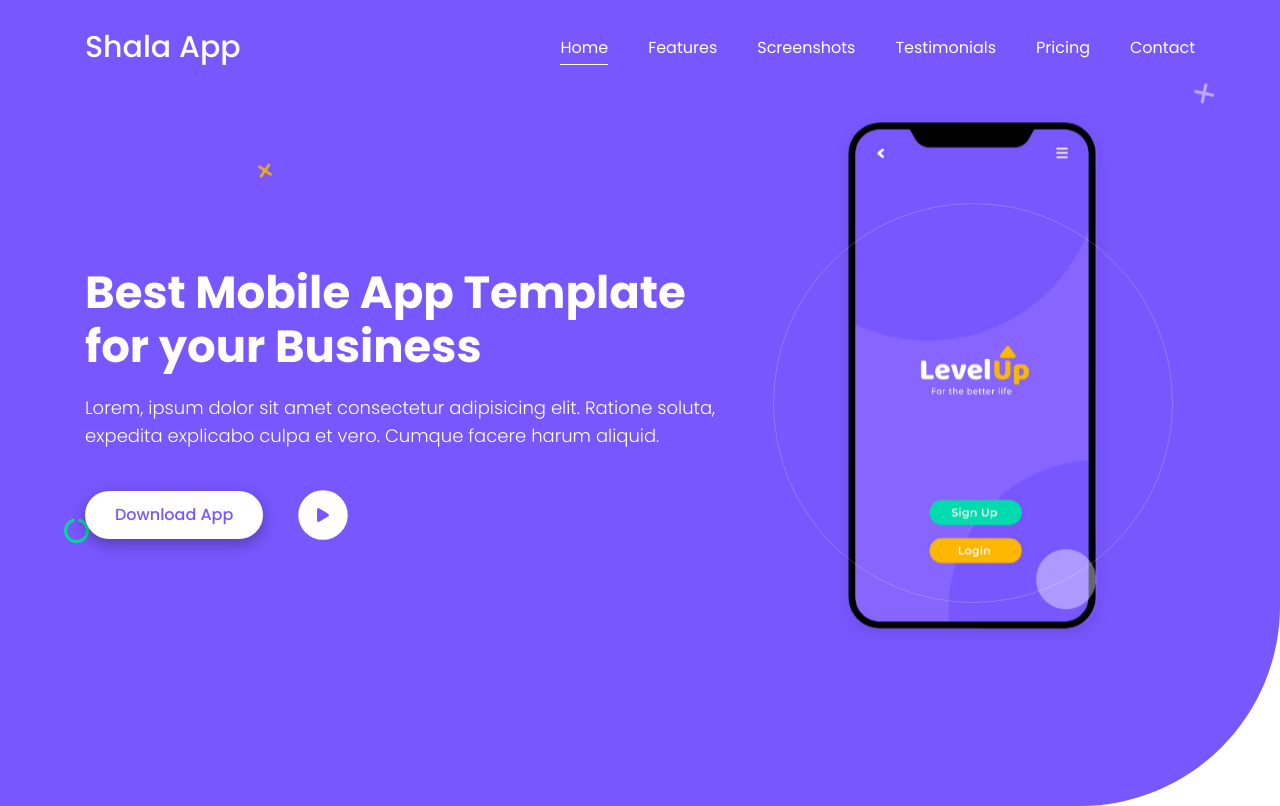
Repository: Mohamed-Hema/Shala-App
Page: index.html
These files come from the project's save history. The page is drawn as it stood at one moment and after the next save; the edit follows.
The browser window is 1280 px wide. The pictures show the whole page.
Some web libraries are served in a nearby version.

Above is the page before, as saved 2021-02-15 20:21:29.

### index.html
<!DOCTYPE html>
<html lang="zxx">
<head>
  <title>Shala - App Landing Page</title>
  <meta charset="utf-8">
  <meta name="viewport" content="width=device-width, initial-scale=1">
  <!-- owl carousel css -->
  <link rel="stylesheet" href="css/owl.carousel.min.css">
  <!-- font awesome icons -->
  <script src="https://kit.fontawesome.com/794108ad0e.js" crossorigin="anonymous"></script>
  <!-- bootstrap css -->
  <link rel="stylesheet" href="css/bootstrap.min.css">
  <!-- main css -->
  <link rel="stylesheet" href="css/style.css">
</head>
<body>

  <!-- Start NavBar -->
  <nav class="navbar navbar-expand-md fixed-top">
    <div class="container">
      <!-- Brand -->
      <a class="navbar-brand" href="#">Shala App</a>

      <!-- Toggler/collapsibe Button -->
      <button class="navbar-toggler" type="button" data-toggle="collapse" data-target="#collapsibleNavbar">
        <span class="navbar-toggler-icon"></span>
      </button>

      <!-- Navbar links -->
      <div class="collapse navbar-collapse" id="collapsibleNavbar">
        <ul class="navbar-nav ml-auto">
          <li class="nav-item">
            <a class="nav-link active" href="#">Home</a>
          </li>
          <li class="nav-item">
            <a class="nav-link" href="#">Features</a>
          </li>
          <li class="nav-item">
            <a class="nav-link" href="#">Screenshots</a>
          </li>
          <li class="nav-item">
            <a class="nav-link" href="#">Testimonials</a>
          </li>
          <li class="nav-item">
            <a class="nav-link" href="#">Pricing</a>
          </li>
          <li class="nav-item">
            <a class="nav-link" href="#">Contact</a>
          </li>
        </ul>
      </div>
    </div>
  </nav>

  <!-- End NavBar -->
  <!-- Start Home Section -->
  <section class="home d-flex align-items-center">
    <div class="effect-wrap">
      <i class="fas fa-plus effect effect-1"></i>
      <i class="fas fa-plus effect effect-2"></i>
      <i class="fas fa-circle-notch effect effect-3"></i>
    </div>
    <div class="container">
      <div class="row align-items-center">
        <div class="col-md-7">
          <div class="home-text">
            <h1>Best Mobile App Template for your Business</h1>
            <p>Lorem, ipsum dolor sit amet consectetur adipisicing elit. Ratione soluta, expedita explicabo culpa et vero. Cumque facere harum aliquid.</p>
            <div class="home-btn">
              <a href="#" class="btn btn-1">Download App</a>
              <button type="button" class="btn btn-1 video-play-btn">
                <i class="fas fa-play"></i>
              </button>
            </div>
          </div>
        </div>
        <div class="col-md-5 text-center">
          <div class="home-img">
            <div class="circle"></div>
            <img src="img/app-screenshots/1.png" alt="First App Screen">
          </div>
        </div>
      </div>
    </div>
  </section>
  <!-- End Home Section -->
  <!-- Start Video PopUp -->
  <div class="video-popup">
    <div class="video-popup-inner">
      <i class="fas fa-times video-popup-close"></i>
      <div class="iframe-box">
        <iframe id="player-1" src="https://www.youtube.com/embed/o1eY1MPcRQs" allow="accelerometer; autoplay; clipboard-write; encrypted-media; gyroscope; picture-in-picture" allowfullscreen></iframe>
      </div>
    </div>
  </div>
  <!-- End Video PopUP -->
<!-- jquery js -->
<script src="js/jquery.min.js"></script>
<!-- popper js -->
<script src="js/popper.min.js"></script>
<!-- bootstrap js -->
<script src="js/bootstrap.min.js"></script>
<!-- owl carousel js -->
<script src="js/owl.carousel.min.js"></script>
<!-- ScrollIt js -->
<script src="js/scrollIt.min.js"></script>
<!-- main js -->
<script src="js/main.js"></script>
</body>
</html>

### css/style.css
/* Start Global Styles */
@import url('https://fonts.googleapis.com/css2?family=Poppins:wght@300;400;500;600;700;800;900&display=swap');

*{
    margin: 0;
    padding: 0;
    outline: none!important;
}

:root{
    --main-color: #7857fe;
    --color-1: #e91e63;
    --color-2: #f5ae10;
    --color-3: #09d69c;
    --bg-dark: #2b2c2f;
    --main-to-dark-color: var(--main-color);
    --dark-to-main-color: var(--bg-dark);
    --shadow-black-100: 0 5px 15px rgba(0,0,0,.1);
    --shadow-black-300: 0 5px 15px rgba(0,0,0,.3);
    --black-900: #000;
    --black-400: #555555;
    --black-100: #f7f7f7;
    --black-000: #fff;
    --black-alpha-100: rgba(0,0,0,0.05);
}

body{
    font-family: 'Poppins', sans-serif;
    font-size: 16px;
    font-weight: 400;
    overflow-x: hidden;
    background-color: #fff;
    line-height: 1.5;
}
img{
    max-width: 100%;
    vertical-align: middle;
}
ul{
    list-style: none;
}
.btn-1{
    background-color: #fff;
    padding: 12px 30px;
    border: none;
    border-radius: 30px;
    color: var(--main-color);
    font-size: 16px;
    transition: all .5s ease;
    box-shadow: var(--shadow-black-300);
    font-weight: 500;
}
.btn-1:focus{
    box-shadow: var(--shadow-black-300);
}
.btn-1:hover{
    color: #fff;
    background-color: var(--main-color);
}
@keyframes spin_01{
    0%{
        transform: rotate(0deg);
    }
    100%{
        transform: rotate(360deg);
    }
}
@keyframes bounceTop_01{
    0%, 100%{
        transform: translateY(-30px);
    }
    50%{
        transform: translateY(0px);
    }
}
@keyframes pulse_01{
    0%{
        transform: scale(0.94);
        box-shadow: 0 0 0 0 rgba(255,255,255,0.7);
    }
    70%{
        transform: scale(1);
        box-shadow: 0 0 0 12px rgba(255,255,255,0);
    }
    100%{
        transform: scale(0.94);
        box-shadow: 0 0 0 0 rgba(255, 255, 255, 0);
    }
}
.effect-wrap .effect{
    position: absolute;
    z-index: -1;
}
.effect-wrap .effect-1{
    left: 20%;
    top: 20%;
    font-size: 20px;
    color: var(--color-2);
    animation: spin_01 5s linear infinite;
}
.effect-wrap .effect-2{
    right: 5%;
    top: 10%;
    font-size: 25px;
    color: rgba(255, 255, 255, .5);
    animation: spin_01 7s linear infinite;
}
.effect-wrap .effect-3{
    left: 5%;
    bottom: 30%;
    font-size: 25px;
    color: var(--color-3);
    animation: bounceTop_01 3s linear infinite;
}
/* End Global Styles */
/* Start Navbar */
.navbar{
    background-color: transparent;
    padding: 20px 0;
    transition: all .5s ease;
}
.navbar.navbar-shrink{
    box-shadow: 0 10px 10px rgba(0, 0, 0, .1);
    background-color: var(--main-color);
    padding: 10px 0;
}
.navbar > .container{
    padding: 0 15px;
}
.navbar .navbar-brand{
    font-size: 30px;
    color: #fff;
    font-weight: 500;
}
.navbar .nav-item{
    margin-left: 40px;
}
.navbar .nav-item .nav-link{
    color: #fff;
    font-size: 16px;
    font-weight: 400;
    padding: 5px 0;
    position: relative;
}
.navbar .nav-item .nav-link::before{
    content: '';
    position: absolute;
    left: 0;
    right: 0;
    bottom: 0;
    height: 1px;
    background-color: #fff;
    transition: all .5s ease;
    transform: scale(0);
}
.navbar .nav-item .nav-link.active::before,
.navbar .nav-item .nav-link:hover::before{
    transform: scale(1);
}
.navbar .nav-item .nav-link:hover.active::before{
    transform: scale(0);
}
/* End Navbar */
/* Start Home Section */
.home{
    min-height: 100vh;
    padding: 150px 0;
    background-color: var(--main-to-dark-color);
    border-radius: 0 0 200px 0;
    position: relative;
    z-index: 1;
}
.home-text h1{
    font-size: 45px;
    font-weight: 700;
    color: #fff;
    margin: 0 0 20px;
}
.home-text p{
    font-size: 18px;
    line-height: 28px;
    color: #fff;
    margin: 0;
    font-weight: 300;
}
.home .home-btn{
    margin-top: 40px;
}
.home .home-btn .video-play-btn:hover{
    animation: none;
    box-shadow: var(--shadow-black-300);
}
.home .home-btn .video-play-btn{
    margin-left: 30px;
    height: 50px;
    width: 50px;
    padding: 0;
    font-size: 16px;
    animation: pulse_01 2s ease infinite;
}
.home .home-btn .video-play-btn i{
    line-height: 50px;
}
.home-img img{
    max-width: 250px;
    width: 100%;
    box-shadow: var(--shadow-black-100);
    border-radius: 32px;
    animation: bounceTop_01 3s ease infinite;
}

.home-img{
    position: relative;
}
.home-img .circle{
    position: absolute;
    z-index: 1;
    height: 400px;
    width: 400px;
    border: 1px solid rgba(255, 255, 255, .2);
    border-radius: 50%;
    top: 50%;
    left: 50%;
    transform: translate(-50%, -50%);
}
.home-img .circle::before{
    content: '';
    position: absolute;
    height: 60px;
    width: 60px;
    background-color: rgba(255, 255, 255, .4);
    border-radius: 50%;
    left: 30px;
    top: 30px;
    transform-origin: 170px 170px;
    animation: spin_01 10s linear infinite;
}
/* Video PopUP */
.video-popup{
    padding: 30px;
    position: fixed;
    left: 0;
    top: 0;
    width: 100%;
    height: 100%;
    z-index: 1999;
    background-color: rgba(0,0,0,.7);
    display: flex;
    align-items: center;
    justify-content: center;
    opacity: 0;
    visibility: hidden;
    transition: all .5s ease;
}
.video-popup.open{
    opacity: 1;
    visibility: visible;
}
.video-popup-inner{
    width: 100%;
    max-width: 900px;
    position: relative;
}
.video-popup .video-popup-close{
    position: absolute;
    right: 0;
    top: -30px;
    height: 30px;
    width: 30px;
    font-size: 16px;
    text-align: center;
    line-height: 30px;
    cursor: pointer;
    color: #fff;

}
.video-popup .iframe-box{
    height: 0;
    overflow-x: hidden;
    padding-top: 56.25%;
}
.video-popup #player-1 {
    position: absolute;
    left: 0;
    top: 0;
    width: 100%;
    height: 100%;
    border: 0;
}
/* End Home Section */

### js/main.js
$(document).ready(function() {
    // NavBar Shrink
    $(window).on("scroll", function() {
        if($(this).scrollTop() > 90) {
            $(".navbar").addClass("navbar-shrink");
        } else {
            $(".navbar").removeClass("navbar-shrink");
        }
    });
    // Video popUP
    const vdeoSrc = $("#player-1").attr("src");
    $(".video-play-btn, .video-popup").on("click", function() {
        if($(".video-popup").hasClass("open")) {
            $(".video-popup").removeClass("open");
            $("#player-1").attr("src", "");
        } else {
            $(".video-popup").addClass("open");
            if($("#player-1").attr("src")==''){
                $("#player-1").attr("src", videoSrc);
            }
        }
    });
});

Loaded but not shown: css/owl.carousel.min.css (library); css/bootstrap.min.css (library); js/jquery.min.js (library); js/popper.min.js (library); js/bootstrap.min.js (library); js/owl.carousel.min.js (library); js/scrollIt.min.js (common file)

After the next save:
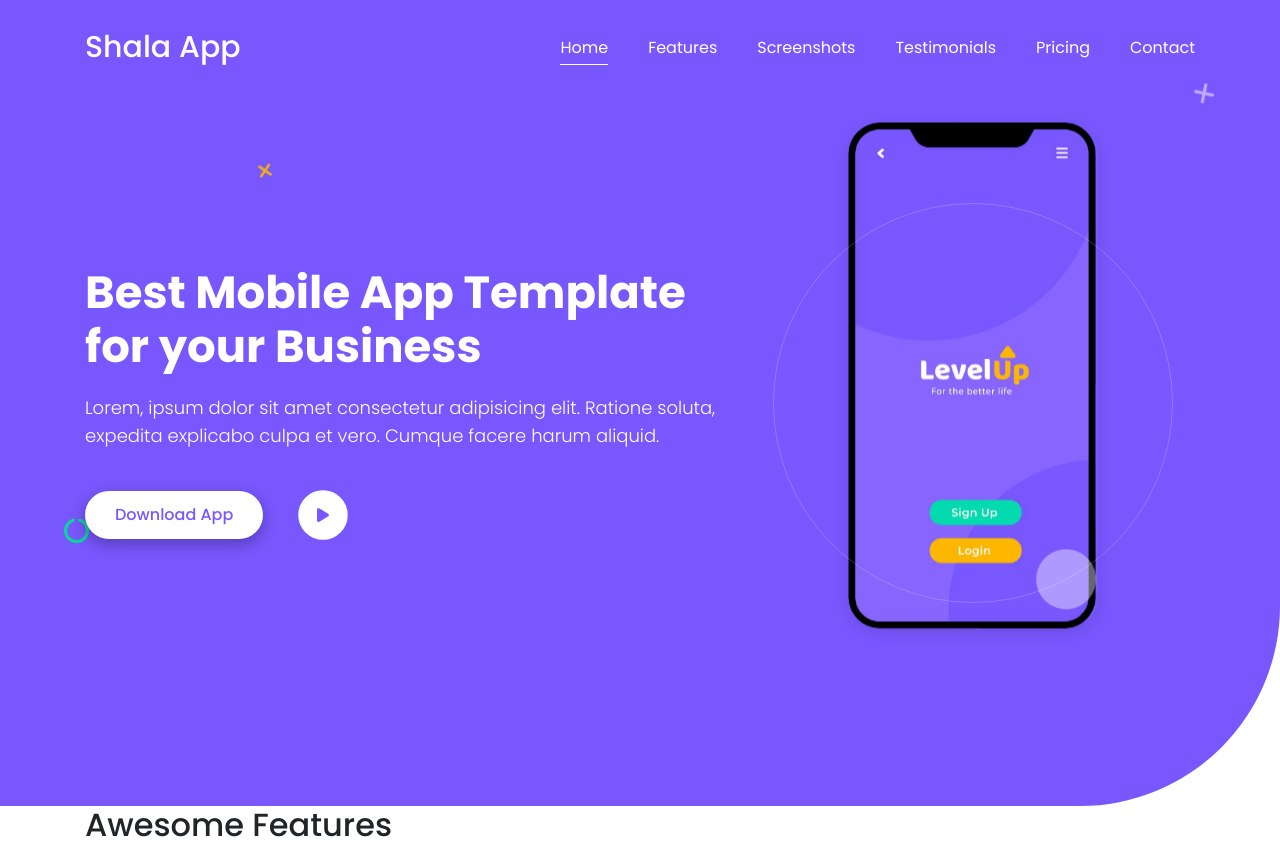
Saved 2 min 39 s later.
--- a/index.html
+++ b/index.html
@@ -94,6 +94,22 @@
     </div>
   </div>
   <!-- End Video PopUP -->
+  <!-- Start Features Section -->
+  <section class="features section-padding">
+    <div class="container">
+      <div class="row">
+        <div class="col-lg-8">
+          <div class="section title">
+            <h2>Awesome <span>Features</span></h2>
+
+          </div>
+        </div>
+      </div>
+    </div>
+  </section>
+
+  <!-- End Features Section -->
+
 <!-- jquery js -->
 <script src="js/jquery.min.js"></script>
 <!-- popper js -->
--- a/css/style.css
+++ b/css/style.css
@@ -112,6 +112,9 @@ ul{
     color: var(--color-3);
     animation: bounceTop_01 3s linear infinite;
 }
+.section-padding{
+
+}
 /* End Global Styles */
 /* Start Navbar */
 .navbar{
